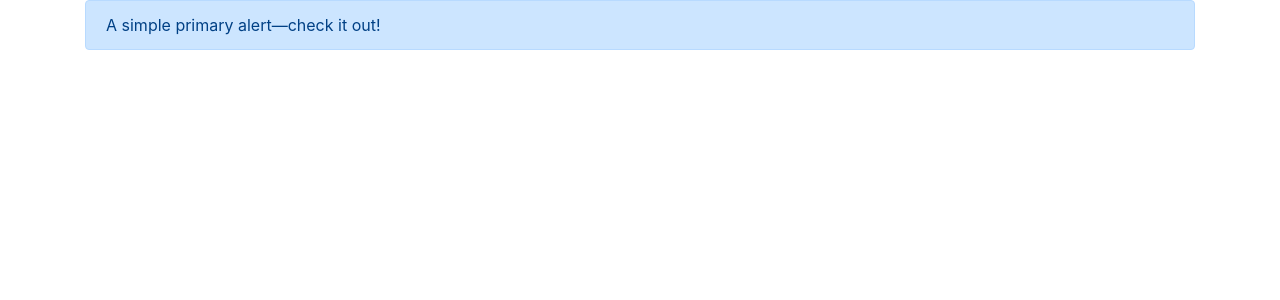
Repository: woodyalan/bootstrap-4
Page: componentes.html
The author's editor kept a copy of each file at every save. The page is drawn from the files as they stood at one save, then again after the next save.
The browser window is 1280 px wide. The pictures show the whole page.

Above is the page before, as saved 2020-09-08 22:45:24.

### componentes.html
<!DOCTYPE html>
<html lang="pt-br">
  <head>
    <!-- Required meta tags -->
    <meta charset="utf-8" />
    <meta name="viewport" content="width=device-width, initial-scale=1, shrink-to-fit=no" />

    <link rel="stylesheet" href="https://stackpath.bootstrapcdn.com/bootstrap/4.5.2/css/bootstrap.min.css" />

    <title>OlA Bootstrap!</title>
  </head>
  <body>
    <div class="container">
      <div class="alert alert-primary" role="alert">A simple primary alert—check it out!</div>
    </div>

    <!-- JS, Popper e jQuery -->
    <script src="https://code.jquery.com/jquery-3.5.1.slim.min.js"></script>
    <script src="https://cdn.jsdelivr.net/npm/popper.js@1.16.1/dist/umd/popper.min.js"></script>
    <script src="https://stackpath.bootstrapcdn.com/bootstrap/4.5.2/js/bootstrap.min.js"></script>
  </body>
</html>

After the next save:
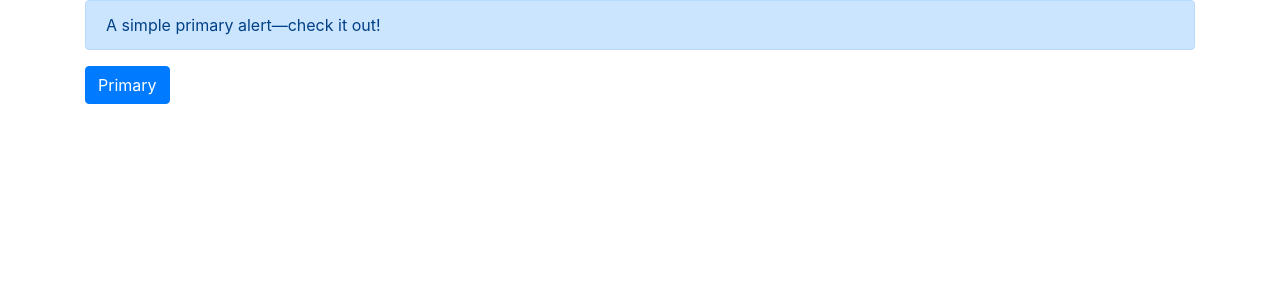
Saved 90 s later.
--- a/componentes.html
+++ b/componentes.html
@@ -12,6 +12,8 @@
   <body>
     <div class="container">
       <div class="alert alert-primary" role="alert">A simple primary alert—check it out!</div>
+
+      <button type="button" class="btn btn-primary">Primary</button>
     </div>
 
     <!-- JS, Popper e jQuery -->
